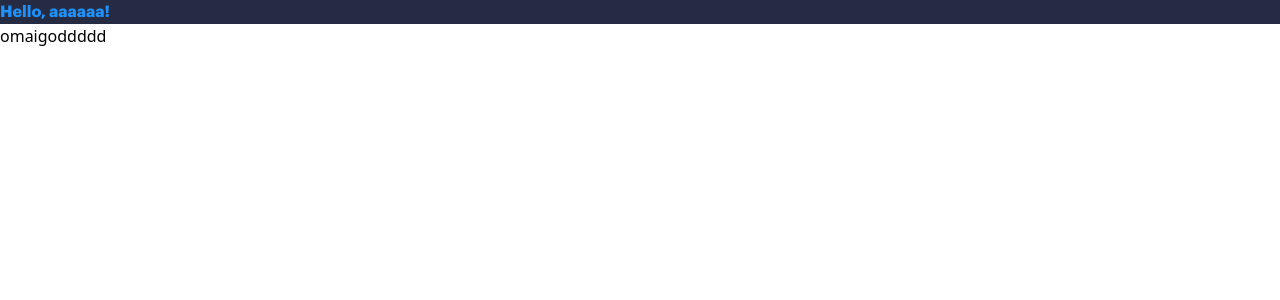
Repository: SK3010z/figmaland-tailwind
Page: /
An editor plug-in stored every save of this project. The page is shown before and after the next save, followed by the edit.
The browser window is 1280 px wide. The pictures show the whole page.
The project was rebuilt for these pictures with package versions that can differ from the ones it lists, and the page was loaded fresh each time. Also part of the build but not shown: vite.config.js, src/mediaQueries.jsx.

Above is the page before, as saved 2024-08-16 13:19:49.

After the next save:
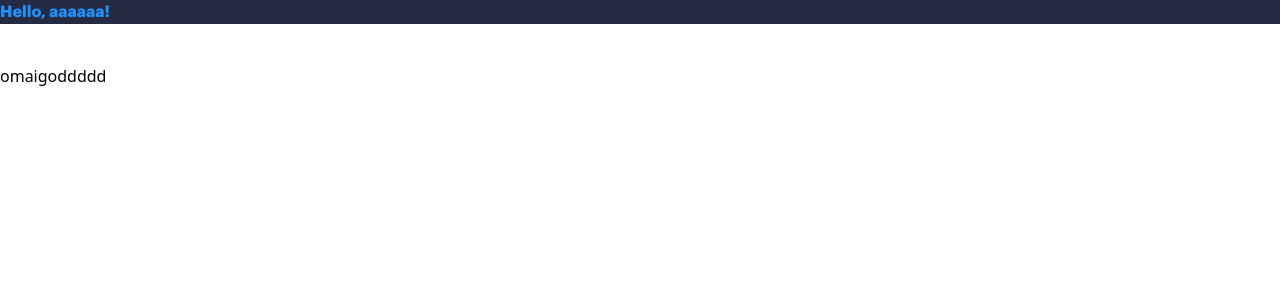
Saved 19 s later.
--- a/src/App.jsx
+++ b/src/App.jsx
@@ -3,7 +3,7 @@
 function App() {
   return (
     <>
-      <h1 className="text-primary bg-darkBrackground font-graphik-bold">Hello, aaaaaa!</h1>
+      <h1 className="text-primary bg-darkBrackground font-graphik-bold mb-10">Hello, aaaaaa!</h1>
       <Button className="mt-16">omaigoddddd</Button>
     </>
   )

After the save that followed:
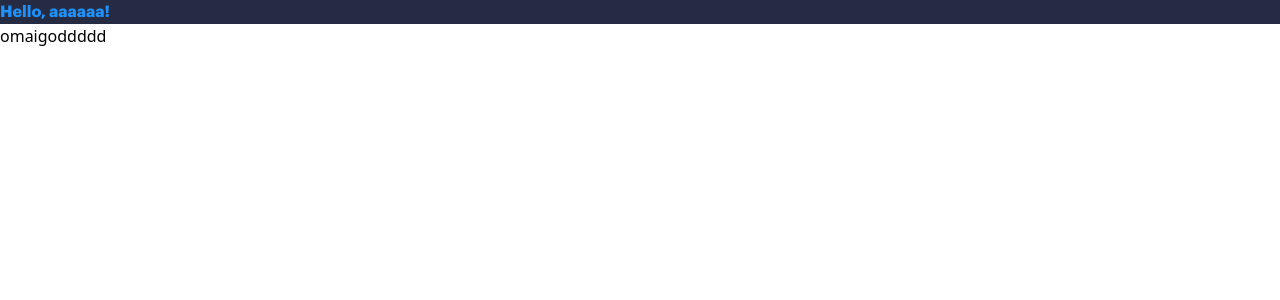
Saved 6 s later.
--- a/src/App.jsx
+++ b/src/App.jsx
@@ -3,7 +3,7 @@
 function App() {
   return (
     <>
-      <h1 className="text-primary bg-darkBrackground font-graphik-bold mb-10">Hello, aaaaaa!</h1>
+      <h1 className="text-primary bg-darkBrackground font-graphik-bold">Hello, aaaaaa!</h1>
       <Button className="mt-16">omaigoddddd</Button>
     </>
   )
